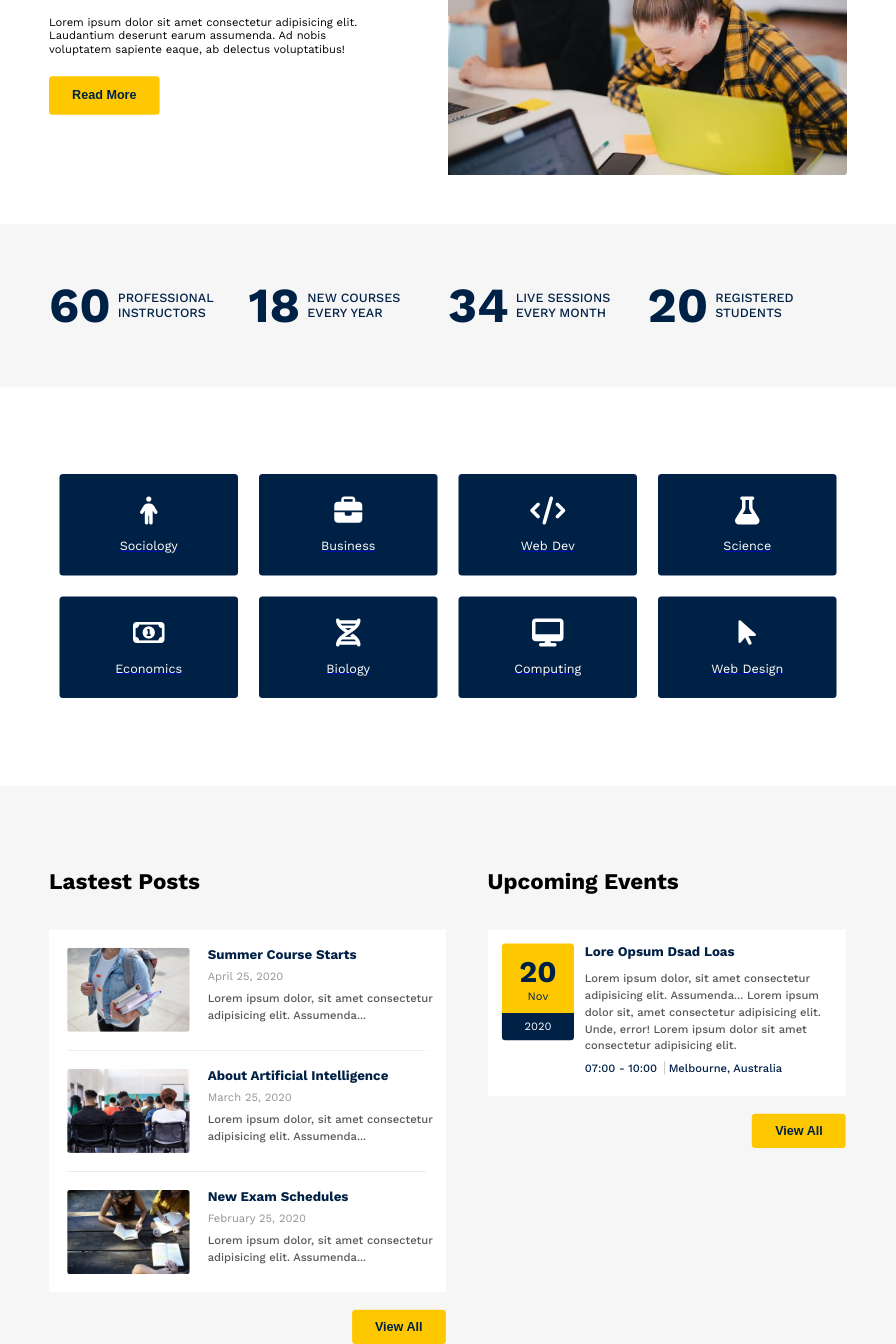
Repository: giahuy405/BC38__Mastery__Pham_Gia_Huy
Page: index.html
An editor plug-in stored every save of this project. The page is shown before and after the next save, followed by the edit.
The browser window is 1280 px wide. The pictures show the part of the page from y = 910 to 2830 px (the page is 2830 px tall), at 70% of full size.

Above is the page before, as saved 2022-09-10 15:25:06.

After the next save:
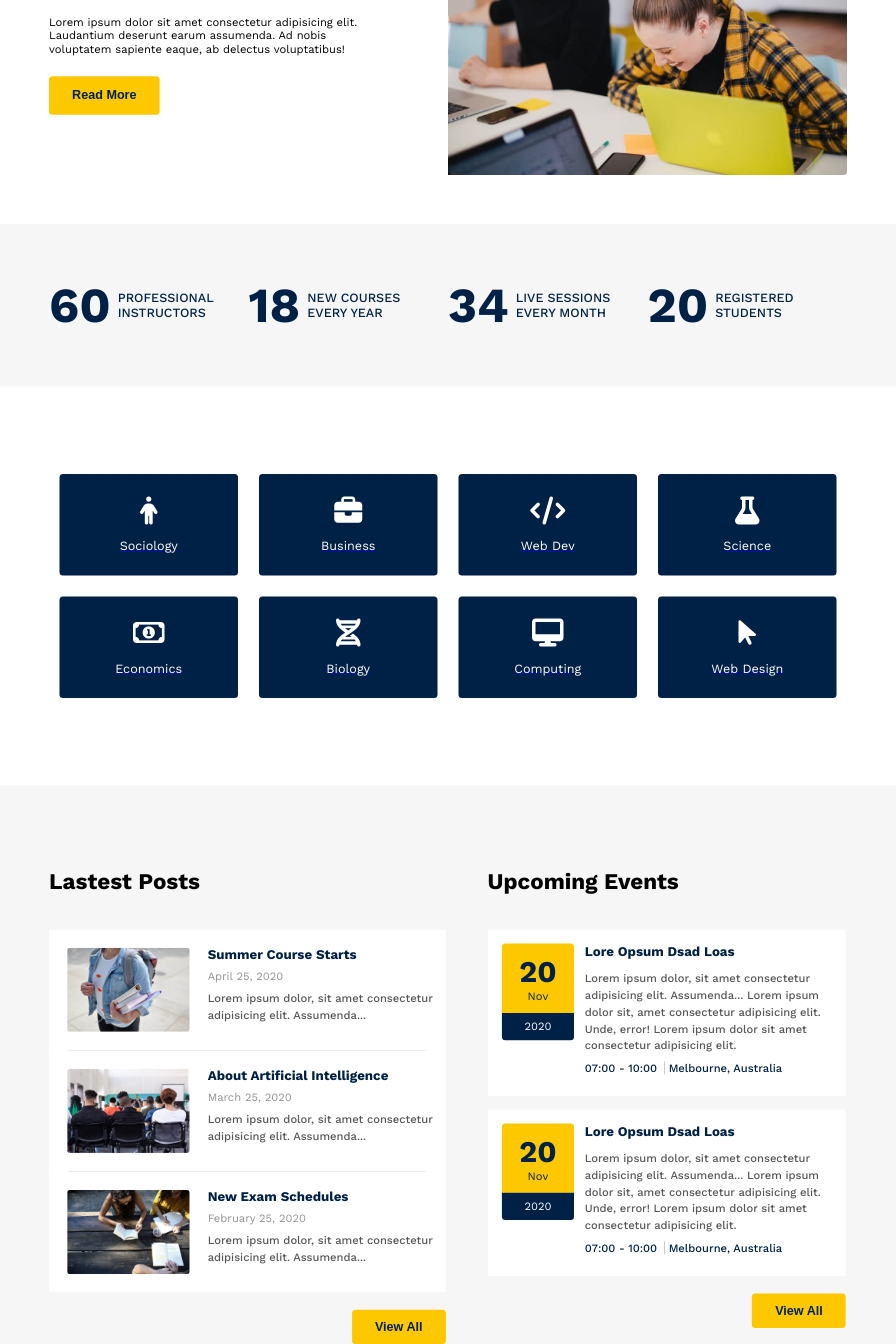
Saved 41 s later.
--- a/index.html
+++ b/index.html
@@ -240,7 +240,32 @@
                             <div class="clear"></div>
                         </a>
                     </div>
-
+                    <br>
+                    <div class="upcoming-events__item">
+                        <a href="#">
+                            <div class="upcoming-events__time">
+                                <div class="upcoming-events__time--top">
+                                    <h1 style="font-size: 43px;">20</h1>
+                                    <p>Nov</p>
+                                </div>
+                                <div class="upcoming-events__time--bottom">
+                                    <p>2020</p>
+                                </div>
+                            </div>
+                            <div class="upcoming-events__desc">
+                                <div class="upcoming-events__desc--top">
+                                    <h2>Lore Opsum Dsad Loas</h2>
+                                    <p>Lorem ipsum dolor, sit amet consectetur adipisicing elit. Assumenda... Lorem ipsum dolor sit, amet consectetur adipisicing elit. Unde, error! Lorem ipsum dolor sit amet consectetur adipisicing elit.</p>
+                                </div>
+                                <div class="upcoming-events__desc--bottom">
+                                    <span>07:00 - 10:00</span>
+                                    <span>Melbourne, Australia</span>
+                                </div>
+
+                            </div>
+                            <div class="clear"></div>
+                        </a>
+                    </div>
                 </div>
 
                 <button class="news__button">View All</button>
